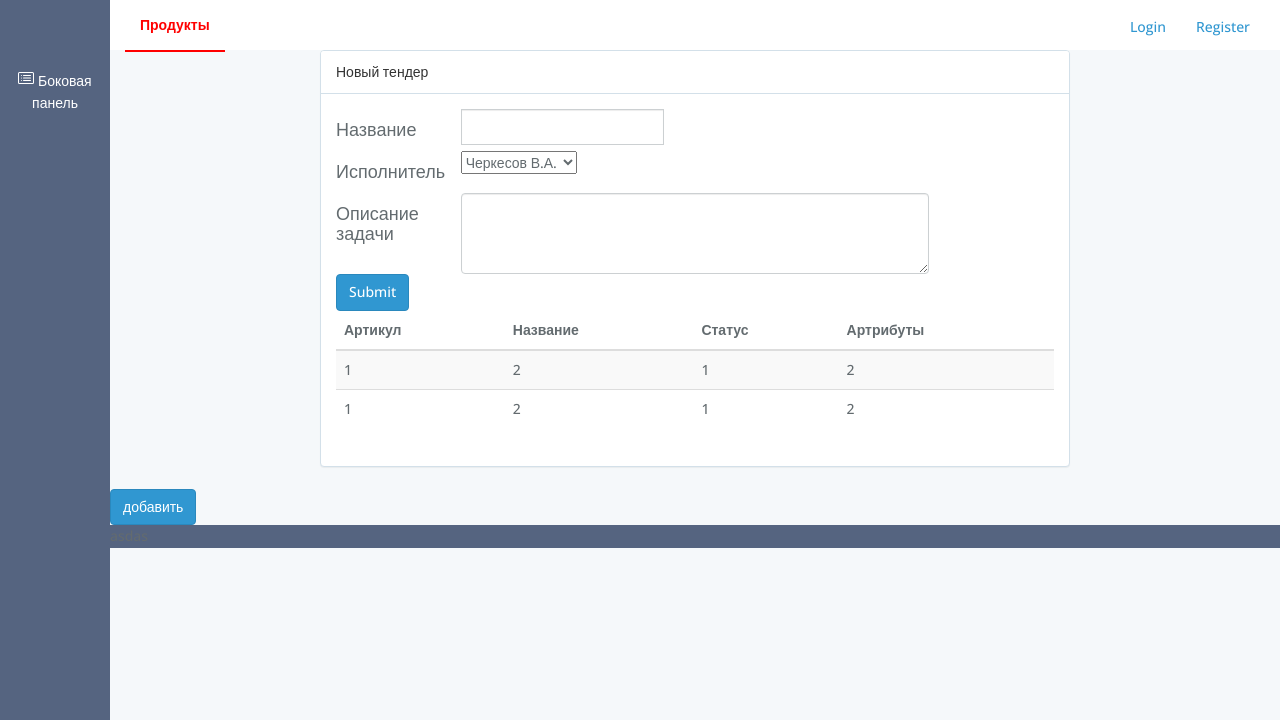
Repository: blackjack043/laravel-crud
Page: http://localhost/page2
These files come from the project's save history. The page is drawn as it stood at one moment and after the next save; the edit follows.
The browser window is 1280 px wide. The pictures show the whole page.
Some web fonts or font styles are not loaded; a fallback is used. The page is served by the project's Laravel application, run on PHP 8.4 with Laravel 8.

Above is the page before, as saved 2022-03-07 15:52:27.

After the next save:
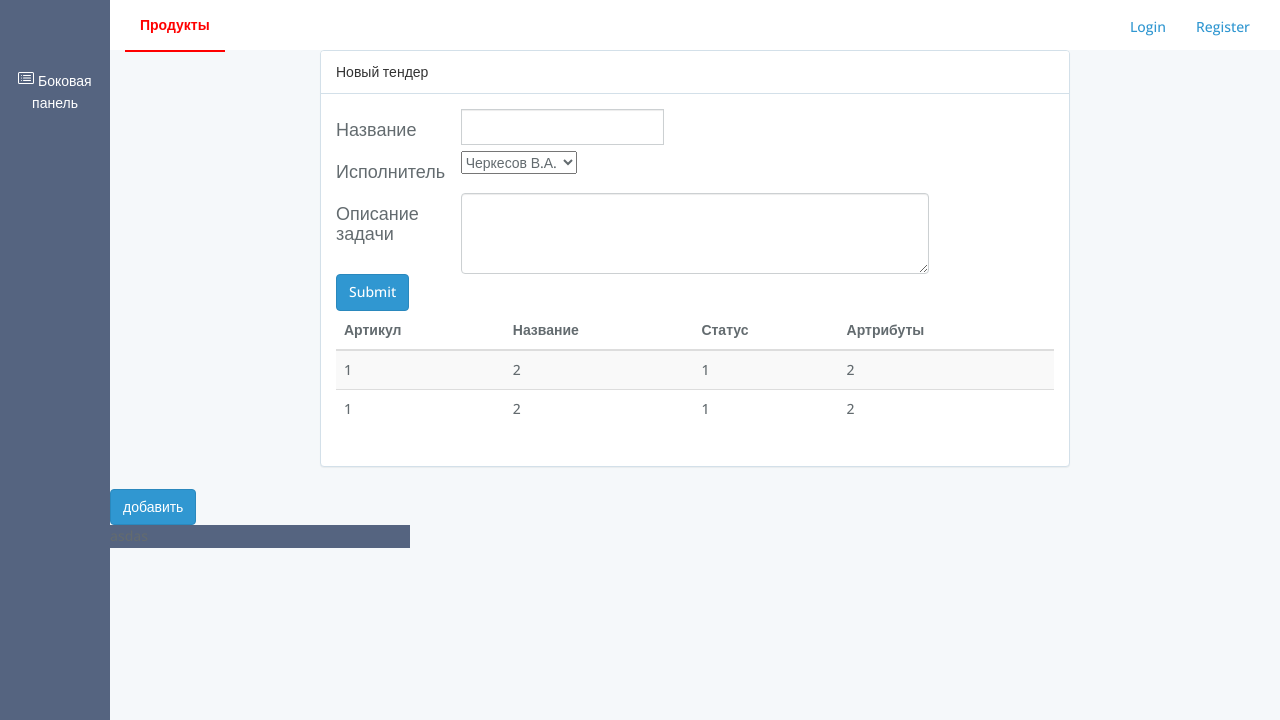
Saved 31 s later.
--- a/resources/views/page2.blade.php
+++ b/resources/views/page2.blade.php
@@ -89,7 +89,7 @@
 <div>
 
 <button class="btn btn-primary">добавить</button>
-<div style="background-color: #556480;">asdas</div>
+<div style="background-color: #556480;width:300px;hieght: 500px;">asdas</div>
 
 </div>
 @endsection
